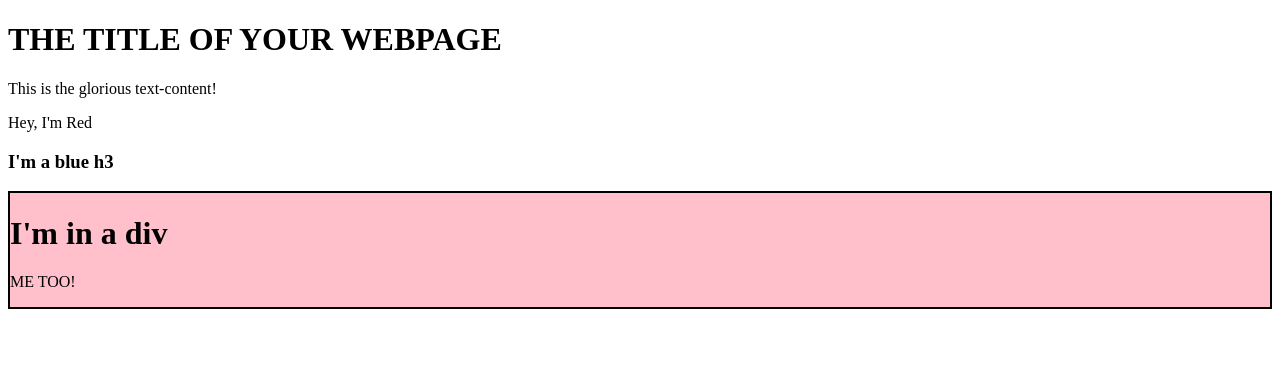
Repository: mnhardy1504/odin-recipes1
Page: repos/js-practice/indextwo.html
An editor plug-in stored every save of this project. The page is shown before and after the next save, followed by the edit.
The browser window is 1280 px wide. The pictures show the whole page.

Above is the page before, as saved 2023-10-15 13:58:58.
Console error: ReferenceError: btn is not defined

### repos/js-practice/indextwo.html
<!DOCTYPE html>
<html>
<head>
  <meta charset="UTF-8">
  <title>Page Title</title>
  <script src="indextwo.js" defer></script>
</head>
<body>
    <h1>
      THE TITLE OF YOUR WEBPAGE
    </h1>
    <div id="container">
        <div class="content">
        This is the glorious text-content!
      </div>
    </div>
  </body>
</html>

### repos/js-practice/indextwo.js
// Select the parent element
const container = document.querySelector('#container');

// Create the first <p> element with red text
const redText = document.createElement('p');
redText.textContent = 'Hey, I\'m Red';
redText.classList.add('red-text');

// Create the second <h3> element with blue text
const blueText = document.createElement('h3');
blueText.textContent = "I'm a blue h3";
blueText.classList.add('blue-text');

// Append the elements to the parent container
container.appendChild(redText);
container.appendChild(blueText);

// Create the main <div> element with a black border and pink background
const mainDiv = document.createElement('div');
mainDiv.style.border = '2px solid black';
mainDiv.style.backgroundColor = 'pink';

// Create an <h1> element inside the main <div>
const h1Element = document.createElement('h1');
h1Element.textContent = "I'm in a div";

// Create a <p> element inside the main <div>
const pElement = document.createElement('p');
pElement.textContent = "ME TOO!";

// Append the <h1> and <p> to the main <div>
mainDiv.appendChild(h1Element);
mainDiv.appendChild(pElement);

// Append the main <div> to the container
container.appendChild(mainDiv);

// the JavaScript file
function alertFunction() {
    alert("YAY! YOU DID IT!");
  }

  // METHOD 2
  btn.onclick = alertFunction;

  // METHOD 3
  btn.addEventListener('click', alertFunction);

After the next save:
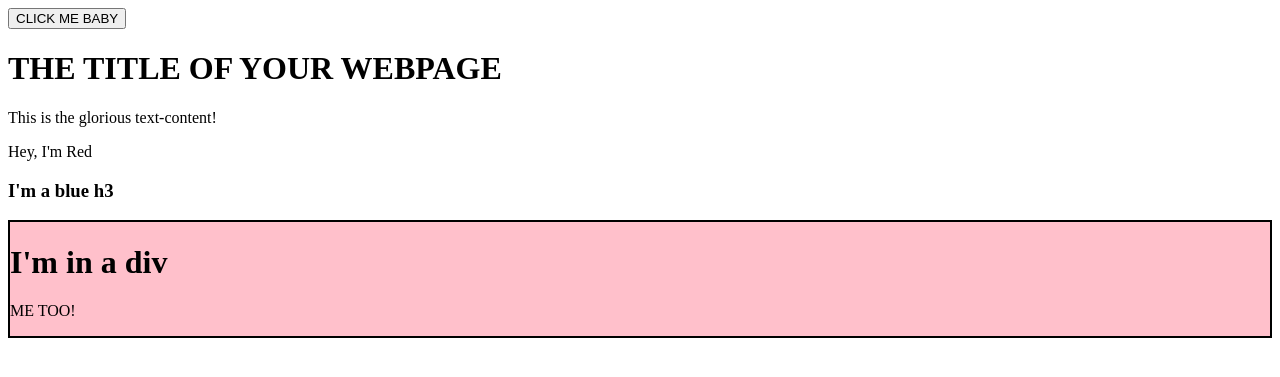
Saved 31 s later.
--- a/repos/js-practice/indextwo.html
+++ b/repos/js-practice/indextwo.html
@@ -5,6 +5,7 @@
   <title>Page Title</title>
   <script src="indextwo.js" defer></script>
 </head>
+<button onclick="alertFunction()">CLICK ME BABY</button>
 <body>
     <h1>
       THE TITLE OF YOUR WEBPAGE
